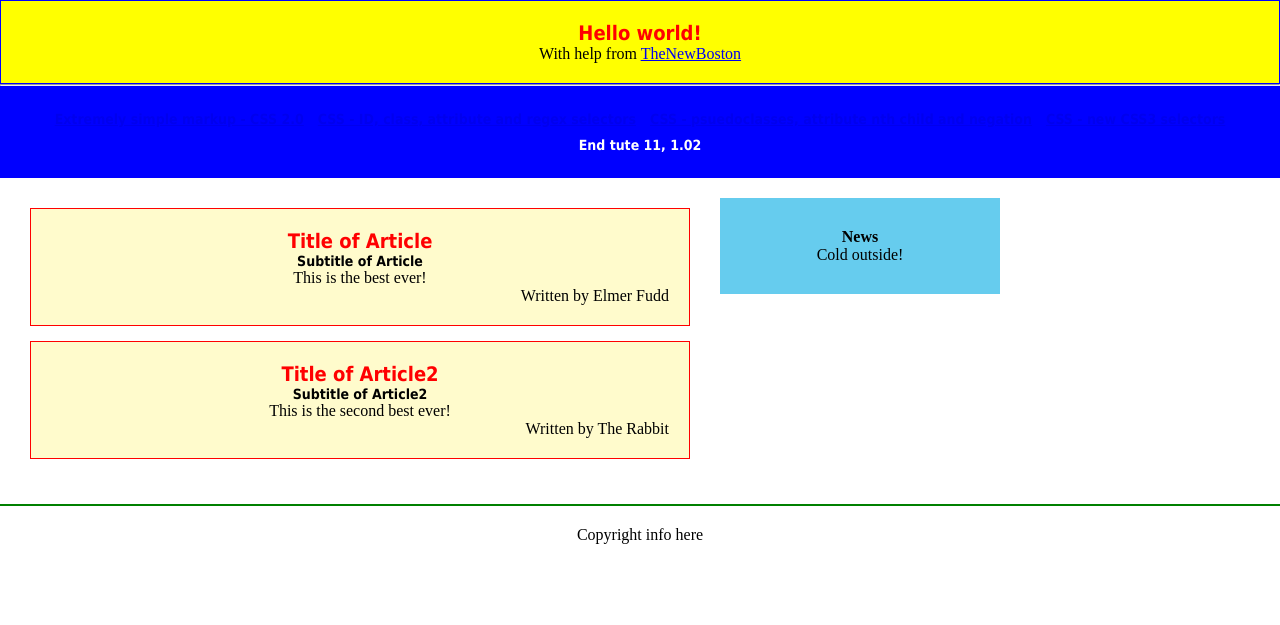
Repository: jksfoTemp/HTML5
Page: default.4.html
The author's editor kept a record of every edit. The page is drawn from the files as they stood at one moment, then again after the next edit.
The browser window is 1280 px wide. The pictures show the whole page.

Above is the page before.
Console error: TypeError: Cannot set properties of null (setting 'innerText')

### default.4.html
    <!DOCTYPE html>

<!--
    This is an HTML page that contains a CSS and a Javascript file.

    Run this sample by clicking the 'Preview' button on top;
    a new tab will open with the current page open.
-->
<html lang="en">
    <head>
        <meta charset="utf-8" />
        <title>Hello world from Cloud9!</title>
        <link rel="stylesheet" href="css/default.4.css" type="text/css"/>
    </head>

    <body>
        <div id=" big_wrapper">
            <header id="top_header">
                <h1>Hello world!</h1>
                With help from <a href="https://www.youtube.com/watch?v=k0f9pC8b3wM">TheNewBoston</a>
            </header>

            <hr/>

            <nav id="top_menu">
                <ul>
                    <li><a href="default.0.html">Extremely simple markup - CSS 2.0</a></li>
                    <li><a href="default.1.html">CSS - ID, class, attribute and regex selectors</a></li>
                    <li><a href="default.2.html">CSS - psuedoclasses, attribute nth child and negation </a></li>
                    <li><a href="default.3.html">CSS - new CSS3 selectors </a></li>
                    <li>End tute 11, 1.02</li>
                </ul>
            </nav>


            <section id="main_section">
                <article>
                    <header>
                         <hgroup>
                            <h1>Title of Article</h1>
                            <h2>Subtitle of Article</h2>
                         </hgroup>
                    </header>
                    <p> This is the best ever!</p>
                    <footer>
                        <p>Written by Elmer Fudd</p>
                    </footer>
                </article>
                <article>
                    <header>
                         <hgroup>
                            <h1>Title of Article2</h1>
                            <h2>Subtitle of Article2</h2>
                         </hgroup>
                    </header>
                    <p> This is the second best ever!</p>
                    <footer>
                        <p>Written by The Rabbit</p>
                    </footer>
                </article>
            </section>
            <aside id="side_news">
                <h4>News</h4>
                Cold outside!

            </aside>

            <footer id="the_footer">
                Copyright info here
            </footer>
            <!-- load scripts at the bottom of your page -->
            <script src="js/site.js"></script>
        </div>
    </body>
</html>

### css/default.4.css
*{
    margin: 0px;
    padding: 0px;
}

h1{
    font: bold 20px Tahoma;
    color: red;
}

h2{
    font: bold 14px Tahoma;
}

header, section, footer, aside, nav, article, hgroup{
    /* Make all elements block layout for browser consistency */
    display: block;
}

body {
    /* acommodate layout for older browsers */
    text-align: center;
}

#big_wrapper {
    border: 1px solid black;
    width: 1000px;
    margin: 20px auto;
    text-align: left;
}

#top_header {
    background: yellow;
    border: 1px solid blue;
    padding: 20px;

}

#top_menu {
    background: blue;
    color: white;
    padding: 20px;

}

#top_menu li {
    display: inline-block;
    list-style: none;
    padding: 5px;
    font: bold 14px Tahoma;
}

#main_section{
    float: left;
    width: 660px;
    margin: 30px; /* 720 width, 280 left */
}

#side_news{
    float: left;
    width: 220px;
    margin: 20px 0px;
    padding: 30px;
    background: #66CCEE;
}

#the_footer{
    clear: both;
    text-align: center;
    padding: 20px;
    border-top: 2px solid green;
}

article {
    background: #FFFBCC;
    border: 1px solid red;
    padding: 20px;
    margin-bottom: 15px;
}

article footer {
    text-align: right;
}

### js/site.js
document.addEventListener("DOMContentLoaded", function () {
    var tagline = document.querySelector("p.tagline");
    tagline.innerText = "From Cloud9 IDEsCFDXzcx!";
});

After the next edit:
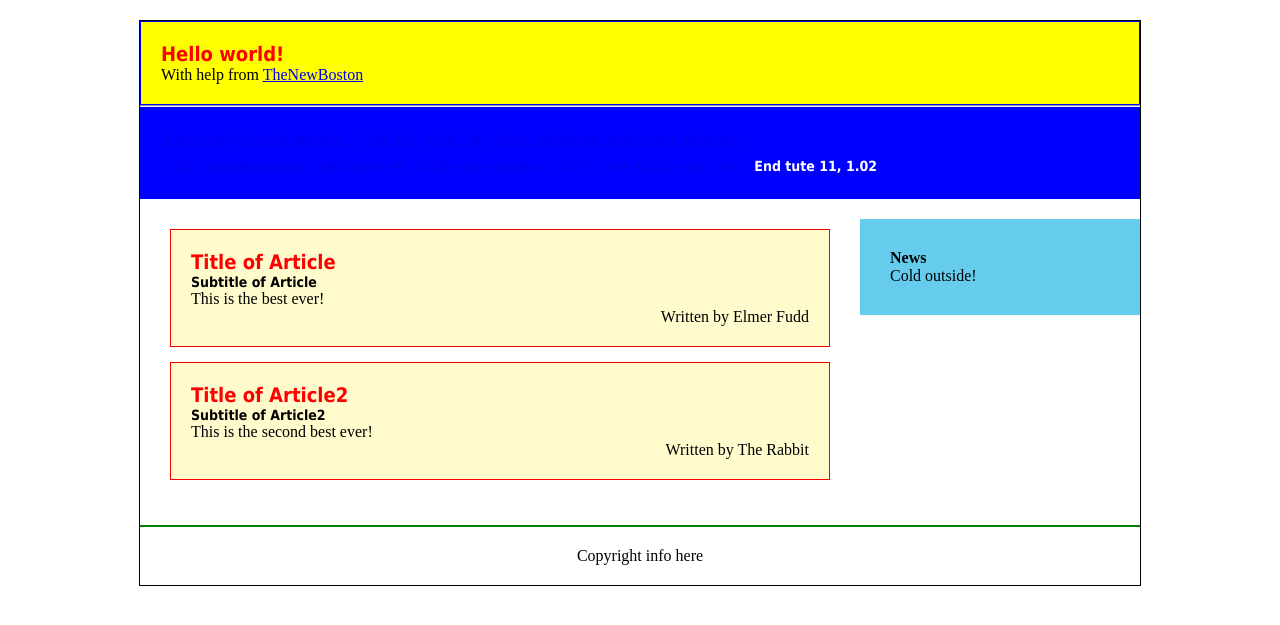
The edit:
--- a/default.4.html
+++ b/default.4.html
@@ -14,7 +14,7 @@
     </head>
 
     <body>
-        <div id=" big_wrapper">
+        <div id="big_wrapper">
             <header id="top_header">
                 <h1>Hello world!</h1>
                 With help from <a href="https://www.youtube.com/watch?v=k0f9pC8b3wM">TheNewBoston</a>
